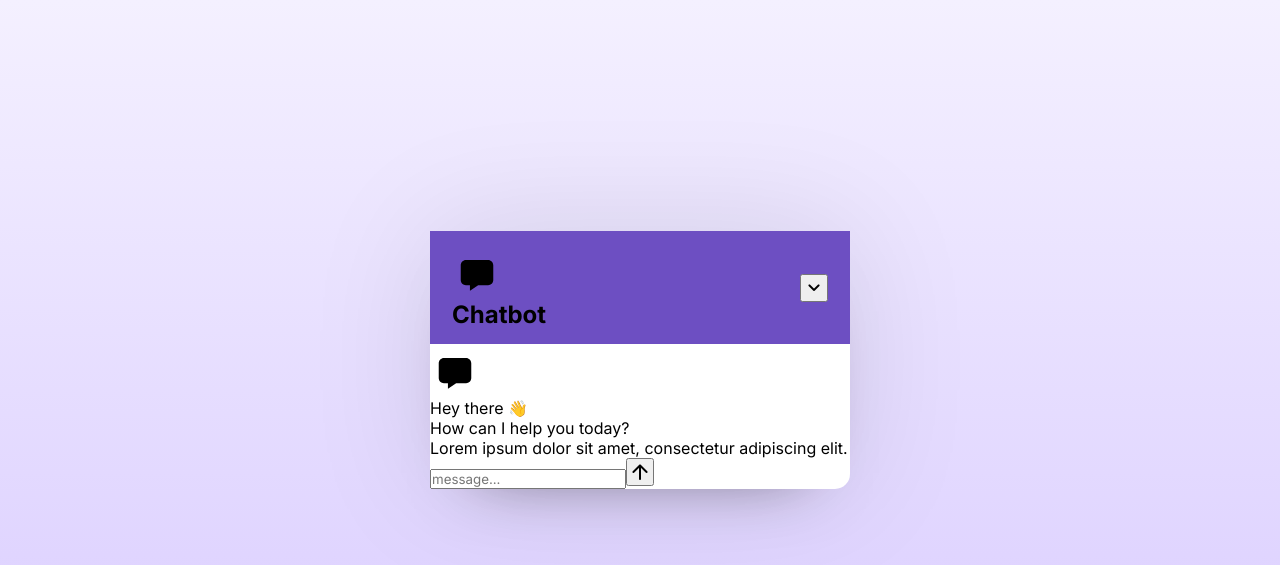
Repository: gogg23/chatbot
Page: / (app in chatbot/)
An editor plug-in stored every save of this project. The page is shown before and after the next save, followed by the edit.
The browser window is 1280 px wide. The pictures show the whole page.
The project was rebuilt for these pictures with package versions that can differ from the ones it lists, and the page was loaded fresh each time. Also part of the build but not shown: chatbot/vite.config.js.

Above is the page before, as saved 2025-01-11 14:06:28.

After the next save:
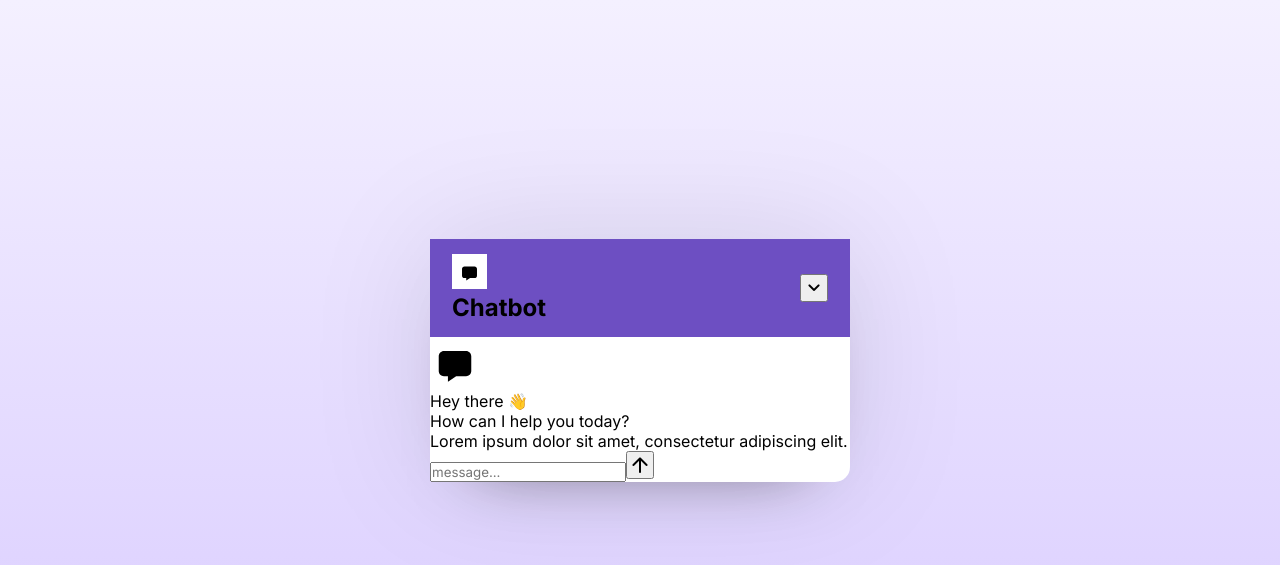
Saved 3 days later.
--- a/chatbot/src/index.css
+++ b/chatbot/src/index.css
@@ -38,3 +38,10 @@
   gap: 10px;
   align-items: center;
 }
+
+.header-info svg {
+  height: 35px;
+  width: 35px;
+  padding: 6px;
+  background: #fff;
+}
